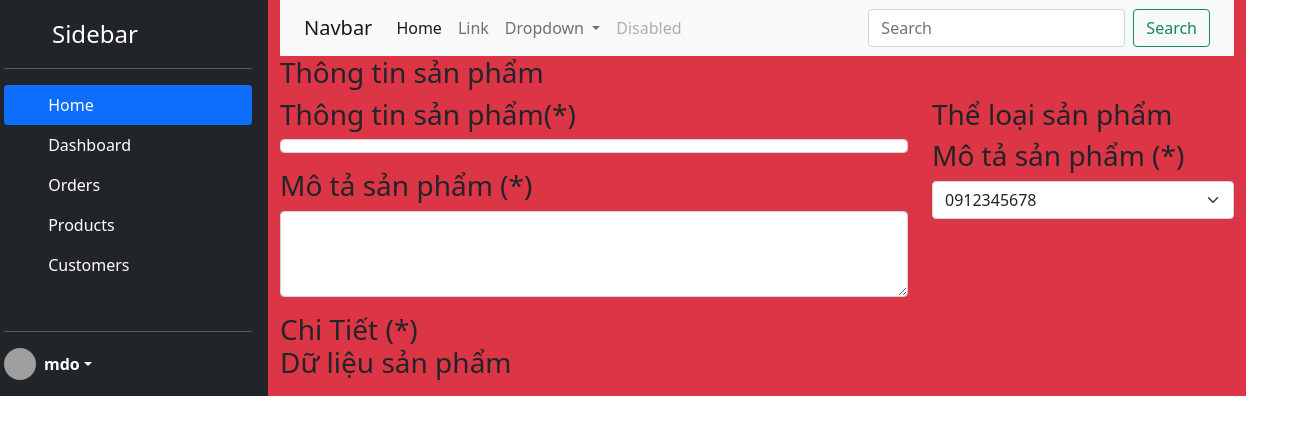
Repository: Lehuyhuynh/BT12-BOOTSTRAP
Page: index.html
These files come from the project's save history. The page is drawn as it stood at one moment and after the next save; the edit follows.
The browser window is 1280 px wide. The page is 1292 px wide, so the pictures cover 1292 px, including what lies to the right of the window. The pictures show the whole page.
Pictures or frames that could not be fetched are drawn as grey boxes.

Above is the page before, as saved 2023-08-19 22:35:52.

After the next save:
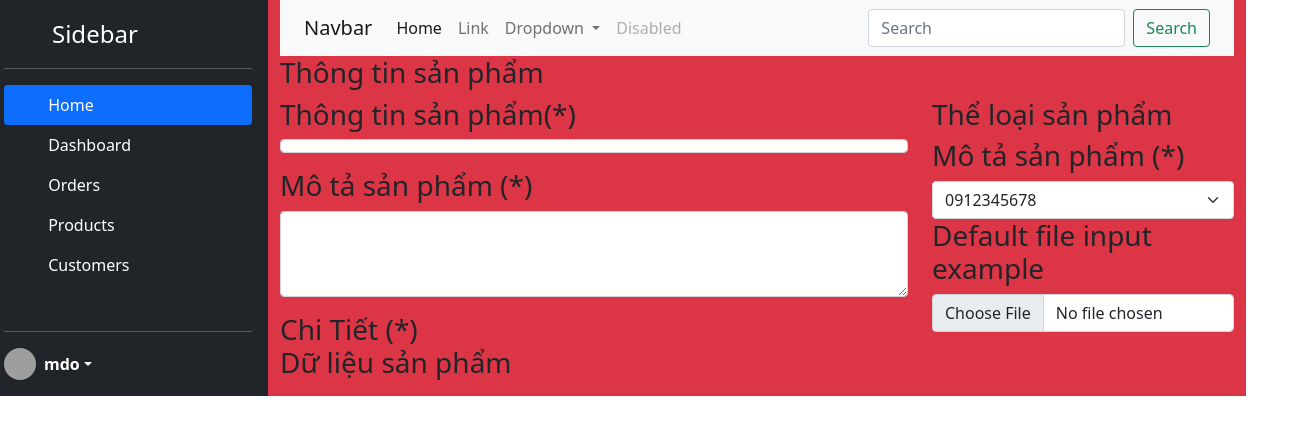
Saved 4 min 21 s later.
--- a/index.html
+++ b/index.html
@@ -148,7 +148,10 @@
               </div>
 
               <div class="img">
-
+                <div class="mb-3">
+                  <label for="formFile" class="form-label">Default file input example</label>
+                  <input class="form-control" type="file" id="formFile">
+                </div>
               </div>
             </div>
           </div>
